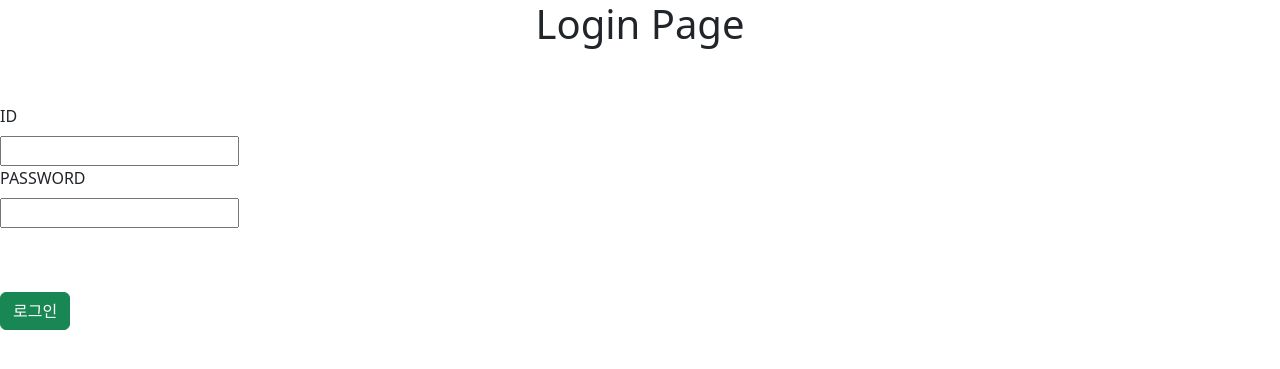
Repository: doridori890130/JSP
Page: http://localhost/jsp_project/mem/login
The author's editor kept a copy of each file at every save. The page is drawn from the files as they stood at one save, then again after the next save.
The browser window is 1280 px wide. The pictures show the whole page.
The page is served by Tomcat 9.

Above is the page before, as saved 2023-06-01 03:56:28.

After the next save:
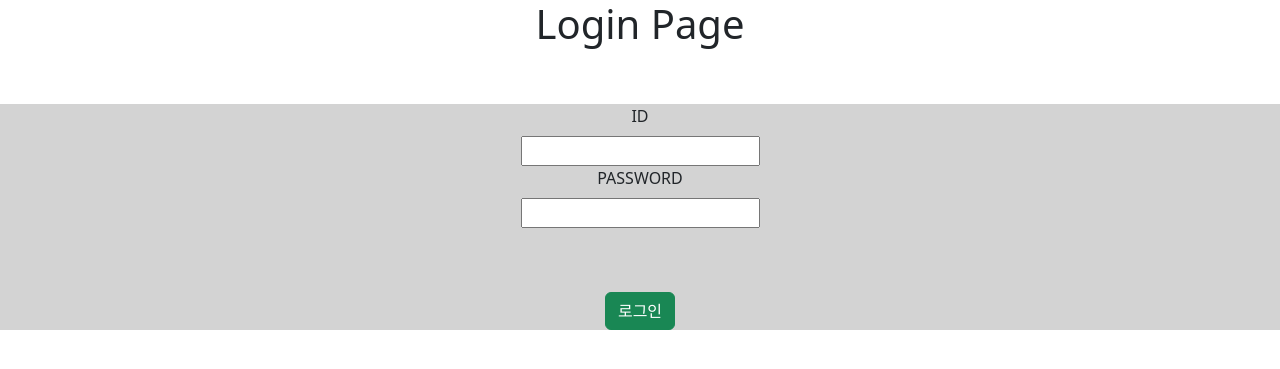
Saved 68 s later.
--- a/jsp_project4/jsp_project/src/main/webapp/member/login.jsp
+++ b/jsp_project4/jsp_project/src/main/webapp/member/login.jsp
@@ -11,12 +11,17 @@
  H1{
  	text-align: center;
  }
+ div{
+ 	text-align: center;
+ 	background-color: lightgray;
+ }
 </style>
 <title>Insert title here</title>
 </head>
 <body>
 	<h1>Login Page</h1>
 	<br> <br>
+	<div>
 	<form action="/mem/login_auth" method="post" >
 	<div class="mb-3">
   <label for="exampleFormControlInput1" class="form-label">ID</label> <br>
@@ -27,5 +32,7 @@
 <br> <br>
 		<button class="btn btn-success" type="submit" >로그인</button>
 	</form>
+
+	</div>
 </body>
 </html>
